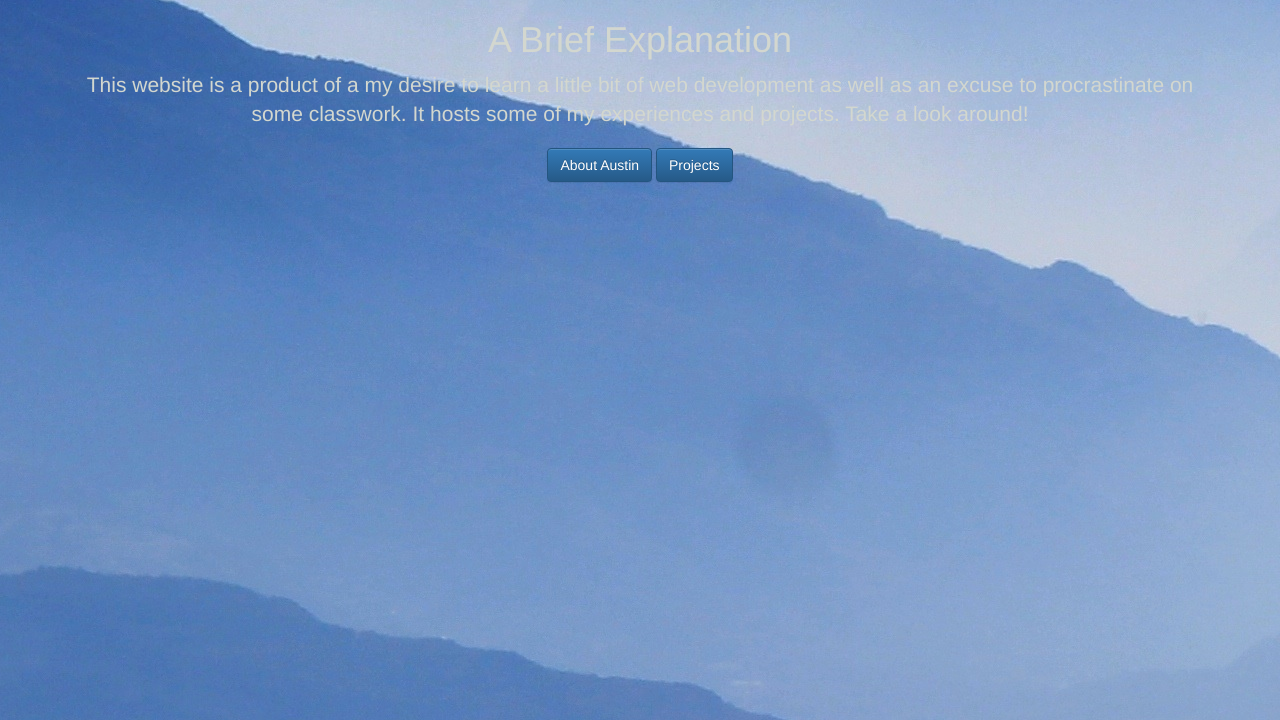
Repository: austinHerring/PersonalWebsite
Page: PersonalWebsite/WebContent/index.html
These files come from the project's save history. The page is drawn as it stood at one moment and after the next save; the edit follows.
The browser window is 1280 px wide. The pictures show the whole page.

Above is the page before, as saved 2016-06-12 22:15:26.

After the next save:
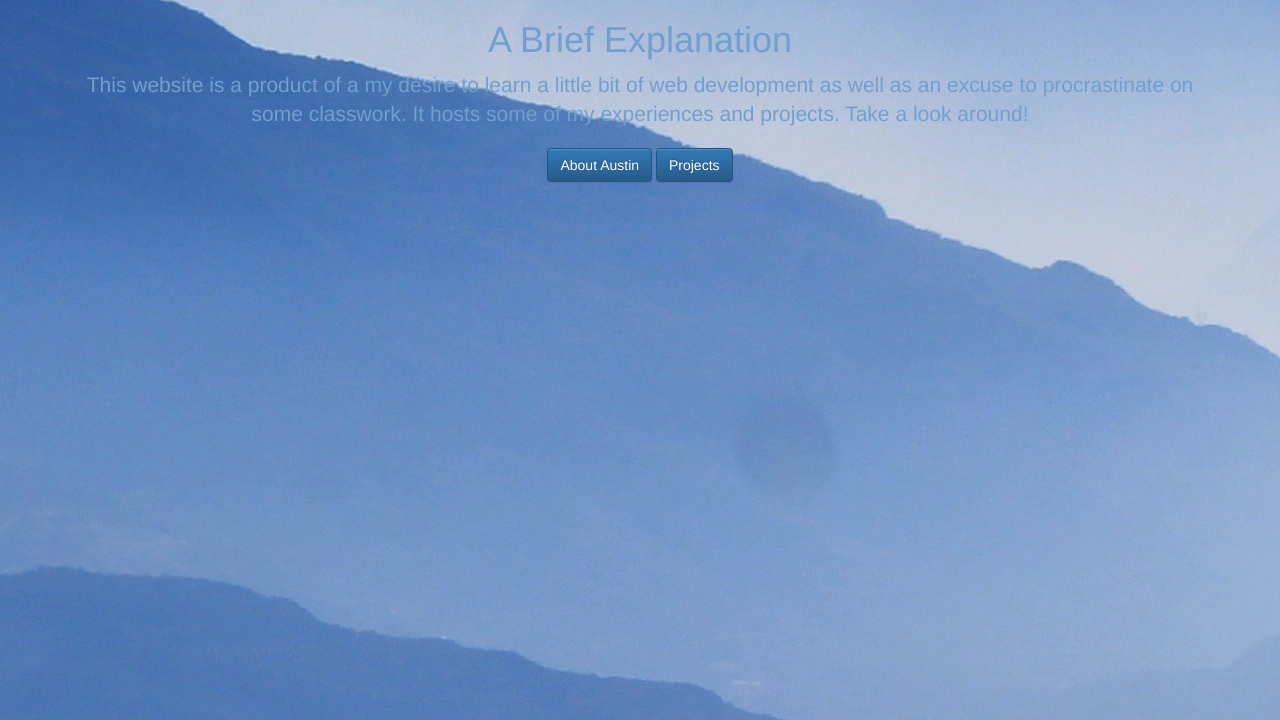
Saved 52 s later.
--- a/PersonalWebsite/WebContent/css/main.css
+++ b/PersonalWebsite/WebContent/css/main.css
@@ -3,7 +3,7 @@ body {
     height: 100%;
     text-align: center;
     font-family: Lora,"Helvetica Neue",Helvetica,Arial,sans-serif;
-    color: #d3d7cf;
+    color: #729fcf;
     background-color:#000;
 }
 
